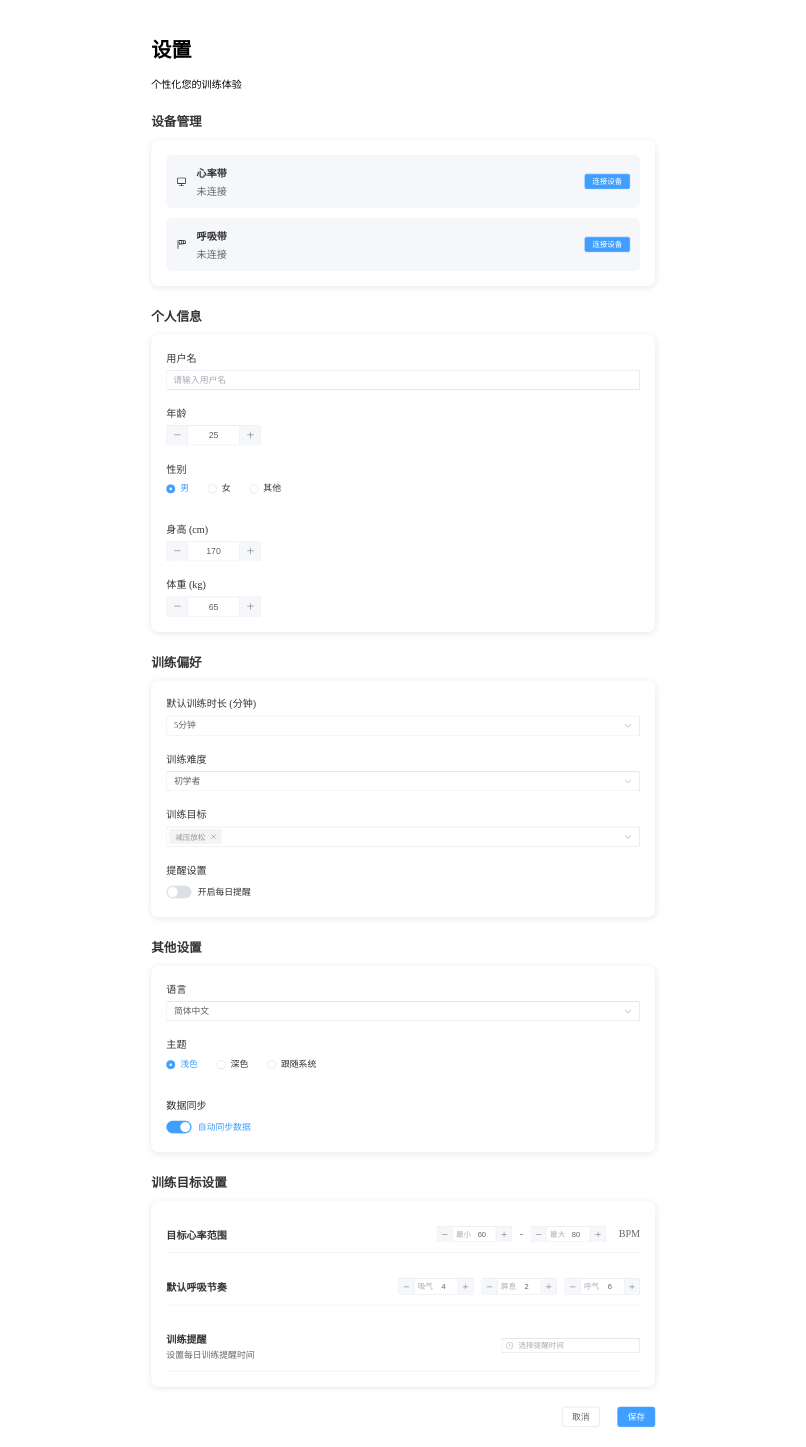
Repository: b55585wy/sync-reactive
Page: /settings
An editor plug-in stored every save of this project. The page is shown before and after the next save, followed by the edit.
The browser window is 1280 px wide. The pictures show the whole page, at 63% of full size.
The project was rebuilt for these pictures with package versions that can differ from the ones it lists, and the page was loaded fresh each time. Also part of the build but not shown: vite.config.js.

Above is the page before, as saved 2024-11-23 14:30:58.
Console error: TypeError: settingsStore.getSettings is not a function

### index.html
<!DOCTYPE html>
<html lang="en">
  <head>
    <meta charset="UTF-8">
    <link rel="icon" href="/favicon.ico">
    <meta name="viewport" content="width=device-width, initial-scale=1.0">
    <title>呼吸训练</title>
    <!-- 添加 Font Awesome 图标 -->
    <link rel="stylesheet" href="https://cdnjs.cloudflare.com/ajax/libs/font-awesome/5.15.4/css/all.min.css">
  </head>
  <body>
    <div id="app"></div>
    <script type="module" src="/src/main.js"></script>
  </body>
</html>

### src/App.vue
<template>
  <div id="app">
    <router-view></router-view>
  </div>
</template>

<script setup lang="ts">
import { onMounted } from 'vue'
import { useSettingsStore } from '@/stores/settings'

// 将 store 初始化移到 onMounted 中
onMounted(async () => {
  const settingsStore = useSettingsStore()
  await settingsStore.initializeSettings()
})
</script>

<style>
#app {
  width: 100%;
  min-height: 100vh;
}
</style>

### src/stores/device.ts
import { defineStore } from 'pinia';
import BluetoothService from '@/services/BluetoothService'

export const useDeviceStore = defineStore('device', {
  state: () => ({
    currentHeartRate: 0,
    isHeartRateBandConnected: false,
    heartRateHistory: [] as number[]
  }),

  actions: {
    setCurrentHeartRate(rate: number) {
      console.log('Store更新心率:', rate);
      this.currentHeartRate = rate;
      this.heartRateHistory.push(rate);

      // 触发事件通知
      window.dispatchEvent(new CustomEvent('heartRateUpdate', {
        detail: { rate }
      }));
    },

    setHeartRateBandConnected(connected: boolean) {
      console.log('Store更新连接状态:', connected);
      this.isHeartRateBandConnected = connected;
    }
  }
});

### src/stores/training.ts
import { defineStore } from 'pinia'

export const useTrainingStore = defineStore('training', {
  state: () => ({
    startTime: '',
    heartRateHistory: [] as { timestamp: number; value: number }[],
    isTraining: false,
    trainingHistory: [] as any[]
  }),

  actions: {
    startTraining() {
      this.isTraining = true;
      this.startTime = new Date().toISOString();
      this.heartRateHistory = [];
    },

    endTraining() {
      this.isTraining = false;
      // 保存训练记录
      this.trainingHistory.push({
        startTime: this.startTime,
        endTime: new Date().toISOString(),
        heartRateHistory: [...this.heartRateHistory]
      });
    },

    addHeartRateRecord(heartRate: number) {
      this.heartRateHistory.push({
        timestamp: Date.now(),
        value: heartRate
      });
    }
  }
})

### src/views/SettingsView.vue
<template>
  <div class="settings-container">
    <header class="settings-header">
      <h1>设置</h1>
      <p class="subtitle">个性化您的训练体验</p>
    </header>

    <main class="settings-content">
      <!-- 设备状态部分 -->
      <section class="settings-section">
        <h2>设备管理</h2>
        <div class="settings-card">
          <div class="device-list">
            <!-- 心率带状态 -->
            <div class="device-item">
              <div class="device-info">
                <el-icon><Monitor /></el-icon>
                <div class="device-details">
                  <h4>心率带</h4>
                  <p :class="{ 'connected': deviceStore.isHeartRateBandConnected }">
                    {{ deviceStore.isHeartRateBandConnected ? '已连接' : '未连接' }}
                  </p>
                </div>
              </div>
              <el-button
                @click="handleDeviceClick('heartRate')"
                :type="deviceStore.isHeartRateBandConnected ? 'danger' : 'primary'"
                size="small">
                {{ deviceStore.isHeartRateBandConnected ? '断开连接' : '连接设备' }}
              </el-button>
            </div>

            <!-- 呼吸带状态 -->
            <div class="device-item">
              <div class="device-info">
                <el-icon><WindPower /></el-icon>
                <div class="device-details">
                  <h4>呼吸带</h4>
                  <p :class="{ 'connected': deviceStore.isBreathingBandConnected }">
                    {{ deviceStore.isBreathingBandConnected ? '已连接' : '未连接' }}
                  </p>
                </div>
              </div>
              <el-button
                @click="handleDeviceClick('breathing')"
                :type="deviceStore.isBreathingBandConnected ? 'danger' : 'primary'"
                size="small">
                {{ deviceStore.isBreathingBandConnected ? '断开连接' : '连接设备' }}
              </el-button>
            </div>
          </div>
        </div>
      </section>

      <!-- 个人信息设置 -->
      <section class="settings-section">
        <h2>个人信息</h2>
        <div class="settings-card">
          <div class="form-group">
            <label>用户名</label>
            <el-input v-model="tempSettings.username" placeholder="请输入用户名" />
          </div>

          <div class="form-group">
            <label>年龄</label>
            <el-input-number
              v-model="tempSettings.age"
              :min="12"
              :max="100"
              placeholder="请输入年龄"
            />
          </div>

          <div class="form-group">
            <label>性别</label>
            <el-radio-group v-model="tempSettings.gender">
              <el-radio label="male">男</el-radio>
              <el-radio label="female">女</el-radio>
              <el-radio label="other">其他</el-radio>
            </el-radio-group>
          </div>

          <div class="form-group">
            <label>身高 (cm)</label>
            <el-input-number
              v-model="tempSettings.height"
              :min="100"
              :max="250"
              placeholder="请输入身高"
            />
          </div>

          <div class="form-group">
            <label>体重 (kg)</label>
            <el-input-number
              v-model="tempSettings.weight"
              :min="30"
              :max="200"
              placeholder="请输入体重"
            />
          </div>
        </div>
      </section>

      <!-- 训练偏好设置 -->
      <section class="settings-section">
        <h2>训练偏好</h2>
        <div class="settings-card">
          <div class="form-group">
            <label>默认训练时长 (分钟)</label>
            <el-select v-model="tempSettings.defaultDuration">
              <el-option v-for="duration in [3, 5, 10, 15, 20]"
                        :key="duration"
                        :label="`${duration}分钟`"
                        :value="duration" />
            </el-select>
          </div>

          <div class="form-group">
            <label>训练难度</label>
            <el-select v-model="tempSettings.difficulty">
              <el-option label="初学者" value="beginner" />
              <el-option label="中级" value="intermediate" />
              <el-option label="高级" value="advanced" />
            </el-select>
          </div>

          <div class="form-group">
            <label>训练目标</label>
            <el-select v-model="tempSettings.goal" multiple>
              <el-option label="减压放松" value="relaxation" />
              <el-option label="提高专注力" value="focus" />
              <el-option label="改善睡眠" value="sleep" />
              <el-option label="增强体能" value="fitness" />
            </el-select>
          </div>

          <div class="form-group">
            <label>提醒设置</label>
            <div class="reminder-settings">
              <el-switch
                v-model="tempSettings.enableReminders"
                active-text="开启每日提醒"
              />
              <el-time-picker
                v-if="tempSettings.enableReminders"
                v-model="tempSettings.reminderTime"
                format="HH:mm"
                placeholder="选择提醒时间"
              />
            </div>
          </div>
        </div>
      </section>

      <!-- 其他设置 -->
      <section class="settings-section">
        <h2>其他设置</h2>
        <div class="settings-card">
          <div class="form-group">
            <label>语言</label>
            <el-select v-model="tempSettings.language">
              <el-option label="简体中文" value="zh-CN" />
              <el-option label="English" value="en-US" />
            </el-select>
          </div>

          <div class="form-group">
            <label>主题</label>
            <el-radio-group v-model="tempSettings.theme">
              <el-radio label="light">浅色</el-radio>
              <el-radio label="dark">深色</el-radio>
              <el-radio label="auto">跟随系统</el-radio>
            </el-radio-group>
          </div>

          <div class="form-group">
            <label>数据同步</label>
            <div class="sync-settings">
              <el-switch
                v-model="tempSettings.autoSync"
                active-text="自动同步数据"
              />
              <el-button
                v-if="!tempSettings.autoSync"
                @click="syncData"
                :loading="isSyncing"
              >
                立即同步
              </el-button>
            </div>
          </div>
        </div>
      </section>

      <!-- 训练目标设置 -->
      <section class="settings-section">
        <h2>训练目标设置</h2>
        <div class="settings-card">
          <div class="target-settings">
            <!-- 目标心率设置 -->
            <div class="setting-item">
              <div class="setting-label">
                <h4>目标心率范围</h4>
                <!-- <p class="setting-desc">设置您希望通过呼吸训练达到的心率范围</p> -->
              </div>
              <div class="heart-rate-range">
                <el-input-number
                  v-model="targetHeartRateMin"
                  :min="40"
                  :max="targetHeartRateMax"
                  size="small"
                  @change="updateHeartRateSettings">
                  <template #prefix>最小</template>
                </el-input-number>
                <span class="separator">-</span>
                <el-input-number
                  v-model="targetHeartRateMax"
                  :min="targetHeartRateMin"
                  :max="220-settingsStore.age"
                  size="small"
                  @change="updateHeartRateSettings">
                  <template #prefix>最大</template>
                </el-input-number>
                <span class="unit">BPM</span>
              </div>
            </div>

            <!-- 呼吸节奏设置 -->
            <div class="setting-item">
              <div class="setting-label">
                <h4>默认呼吸节奏</h4>
                <!-- <p class="setting-desc">设置默认的呼吸训练节奏（秒）</p> -->
              </div>
              <div class="breathing-rhythm">
                <el-input-number
                  v-model="inhaleTime"
                  :min="2"
                  :max="6"
                  size="small">
                  <template #prefix>吸气</template>
                </el-input-number>
                <el-input-number
                  v-model="holdTime"
                  :min="0"
                  :max="4"
                  size="small">
                  <template #prefix>屏息</template>
                </el-input-number>
                <el-input-number
                  v-model="exhaleTime"
                  :min="2"
                  :max="8"
                  size="small">
                  <template #prefix>呼气</template>
                </el-input-number>
              </div>
            </div>

            <!-- 训练提醒设置 -->
            <div class="setting-item">
              <div class="setting-label">
                <h4>训练提醒</h4>
                <p class="setting-desc">设置每日训练提醒时间</p>
              </div>
              <el-time-picker
                v-model="reminderTime"
                format="HH:mm"
                placeholder="选择提醒时间"
                size="small"
              />
            </div>
          </div>
        </div>
      </section>

      <!-- 底部操作按钮 -->
      <div class="settings-actions">
        <el-button @click="cancelChanges">取消</el-button>
        <el-button type="primary" @click="saveChanges">保存</el-button>
      </div>
    </main>
  </div>
</template>

<script setup lang="ts">
import { ref, onMounted } from 'vue'
import { useRouter } from 'vue-router'
import { useSettingsStore } from '@/stores/settings'
import { useDeviceStore } from '@/stores/deviceStore'
import BluetoothService from '@/services/BluetoothService'
import { ElMessage, ElMessageBox } from 'element-plus'
import { Monitor, WindPower } from '@element-plus/icons-vue'

const router = useRouter()
const settingsStore = useSettingsStore()
const deviceStore = useDeviceStore()
const bluetoothService = new BluetoothService()
const isSaving = ref(false)
const isSyncing = ref(false)

// 创建临时设置对象
const tempSettings = ref({
  username: '',
  age: 25,
  gender: 'male',
  height: 170,
  weight: 65,
  // 训练偏好
  defaultDuration: 5,
  difficulty: 'beginner',
  goal: ['relaxation'],
  enableReminders: false,
  reminderTime: null,

  // 其他设置
  language: 'zh-CN',
  theme: 'light',
  autoSync: true
})

// 心率目标设置
const targetHeartRateMin = ref(60);
const targetHeartRateMax = ref(80);
const inhaleTime = ref(4);
const holdTime = ref(2);
const exhaleTime = ref(6);
const reminderTime = ref(null);

// 更新心率设置
const updateHeartRateSettings = () => {
  settingsStore.saveSettings({
    targetHeartRateMin: targetHeartRateMin.value,
    targetHeartRateMax: targetHeartRateMax.value,
    inhaleTime: inhaleTime.value,
    holdTime: holdTime.value,
    exhaleTime: exhaleTime.value,
    reminderTime: reminderTime.value
  });
};

// 初始化临时设置
onMounted(async () => {
  const currentSettings = await settingsStore.getSettings()
  tempSettings.value = { ...currentSettings }
  // 加载已保存的设置
  const settings = settingsStore.getSettings();
  targetHeartRateMin.value = settings.targetHeartRateMin || 60;
  targetHeartRateMax.value = settings.targetHeartRateMax || 80;
  inhaleTime.value = settings.inhaleTime || 4;
  holdTime.value = settings.holdTime || 2;
  exhaleTime.value = settings.exhaleTime || 6;
  reminderTime.value = settings.reminderTime || null;
})

// 取消修改
const cancelChanges = () => {
  ElMessageBox.confirm('确定要放弃修改吗？', '提示', {
    confirmButtonText: '确定',
    cancelButtonText: '取消',
    type: 'warning'
  }).then(() => {
    router.back() // 或者重置为原始值
  }).catch(() => {
    // 用户取消操作
  })
}

// 保存修改
const saveChanges = async () => {
  try {
    isSaving.value = true
    await settingsStore.saveSettings(tempSettings.value)
    ElMessage.success('设置保存成功')
    router.back() // 返回上一页
  } catch (error) {
    ElMessage.error('保存失败：' + error.message)
  } finally {
    isSaving.value = false
  }
}

// 同步数据
const syncData = async () => {
  try {
    isSyncing.value = true
    await settingsStore.syncData()
    ElMessage.success('数据同步成功')
  } catch (error) {
    ElMessage.error('数据同步失败')
  } finally {
    isSyncing.value = false
  }
}

// 处理设备连接/断开
const handleDeviceClick = async (deviceType: 'heartRate' | 'breathing') => {
  try {
    if (deviceType === 'heartRate') {
      if (!deviceStore.isHeartRateBandConnected) {
        // 连接心率带
        await bluetoothService.connectHeartRateBand();
        deviceStore.setHeartRateBandConnected(true);
        ElMessage.success('心率带连接成功');
      } else {
        // 断开心率带
        await ElMessageBox.confirm(
          '确定要断开心率带连接吗？',
          '提示',
          {
            confirmButtonText: '确定',
            cancelButtonText: '取消',
            type: 'warning'
          }
        );
        await bluetoothService.disconnectHeartRateBand();
        deviceStore.setHeartRateBandConnected(false);
        ElMessage.success('心率带已断开连接');
      }
    } else if (deviceType === 'breathing') {
      if (!deviceStore.isBreathingBandConnected) {
        // 连接呼吸带
        // await bluetoothService.connectBreathingBand();
        // deviceStore.setBreathingBandConnected(true);
        ElMessage.success('呼吸带连接成功');
      } else {
        await ElMessageBox.confirm(
          '确定要断开呼吸带连接吗？',
          '提示',
          {
            confirmButtonText: '确定',
            cancelButtonText: '取消',
            type: 'warning'
          }
        );
        // await bluetoothService.disconnectBreathingBand();
        deviceStore.setBreathingBandConnected(false);
        ElMessage.success('呼吸带已断开连接');
      }
    }
  } catch (error) {
    if (error !== 'cancel') {
      console.error('设备操作失败:', error);
      ElMessage.error('设备操作失败: ' + (error.message || '未知错误'));
    }
  }
};

// 获取设备图标
const getDeviceIcon = (type) => {
  if (type === 'breathing') {
    return 'icon-breathing'
  } else if (type === 'heartRate') {
    return 'icon-heart-rate'
  } else {
    return ''
  }
}

// 格式化时间
const formatTime = (time) => {
  const date = new Date(time)
  return `${date.getFullYear()}-${date.getMonth() + 1}-${date.getDate()} ${date.getHours()}:${date.getMinutes()}`
}
</script>

<style scoped>
.settings-container {
  padding: 24px;
  max-width: 800px;
  margin: 0 auto;
}

.settings-header {
  margin-bottom: 32px;
}

.settings-actions {
  margin-top: 32px;
  display: flex;
  justify-content: flex-end;
  gap: 16px;
}

.settings-section {
  margin-bottom: 32px;
}

.settings-section h2 {
  font-size: 20px;
  color: #333;
  margin-bottom: 16px;
}

.settings-card {
  background: white;
  border-radius: 12px;
  padding: 24px;
  box-shadow: 0 2px 12px rgba(0, 0, 0, 0.1);
}

.form-group {
  margin-bottom: 24px;
}

.form-group:last-child {
  margin-bottom: 0;
}

.form-group label {
  display: block;
  margin-bottom: 8px;
  color: #333;
  font-weight: 500;
}

.reminder-settings,
.sync-settings {
  display: flex;
  gap: 16px;
  align-items: center;
}

.device-list {
  display: flex;
  flex-direction: column;
  gap: 16px;
}

.device-item {
  display: flex;
  justify-content: space-between;
  align-items: center;
  padding: 16px;
  background: #f5f7fa;
  border-radius: 8px;
}

.device-info {
  display: flex;
  align-items: center;
  gap: 16px;
}

.device-details h4 {
  margin: 0;
  font-size: 16px;
  color: #333;
}

.device-details p {
  margin: 4px 0 0;
  color: #666;
}

.device-details p.connected {
  color: #67C23A;
}

.icon-heart,
.icon-breathing {
  font-size: 24px;
  color: #409EFF;
}

.target-settings {
  display: flex;
  flex-direction: column;
  gap: 24px;
}

.setting-item {
  display: flex;
  justify-content: space-between;
  align-items: center;
  padding: 16px 0;
  border-bottom: 1px solid #eee;
}

.setting-label {
  flex: 1;
}

.setting-label h4 {
  margin: 0;
  font-size: 16px;
  color: #333;
}

.setting-desc {
  margin: 4px 0 0;
  font-size: 14px;
  color: #666;
}

.heart-rate-range,
.breathing-rhythm {
  display: flex;
  align-items: center;
  gap: 12px;
}

.separator {
  color: #666;
}

.unit {
  color: #666;
  margin-left: 8px;
}

/* 响应式调整 */
@media (max-width: 768px) {
  .settings-container {
    padding: 16px;
  }

  .settings-card {
    padding: 16px;
  }

  .reminder-settings,
  .sync-settings {
    flex-direction: column;
    align-items: flex-start;
    gap: 12px;
  }
}
</style>

Loaded but not shown: src/services/BluetoothService.js (201 lines, source omitted); src/main.js (41 lines, source omitted); src/stores/deviceStore.ts (88 lines, source omitted); src/stores/settings.ts (111 lines, source omitted); src/router/index.ts (90 lines, source omitted)

After the next save:
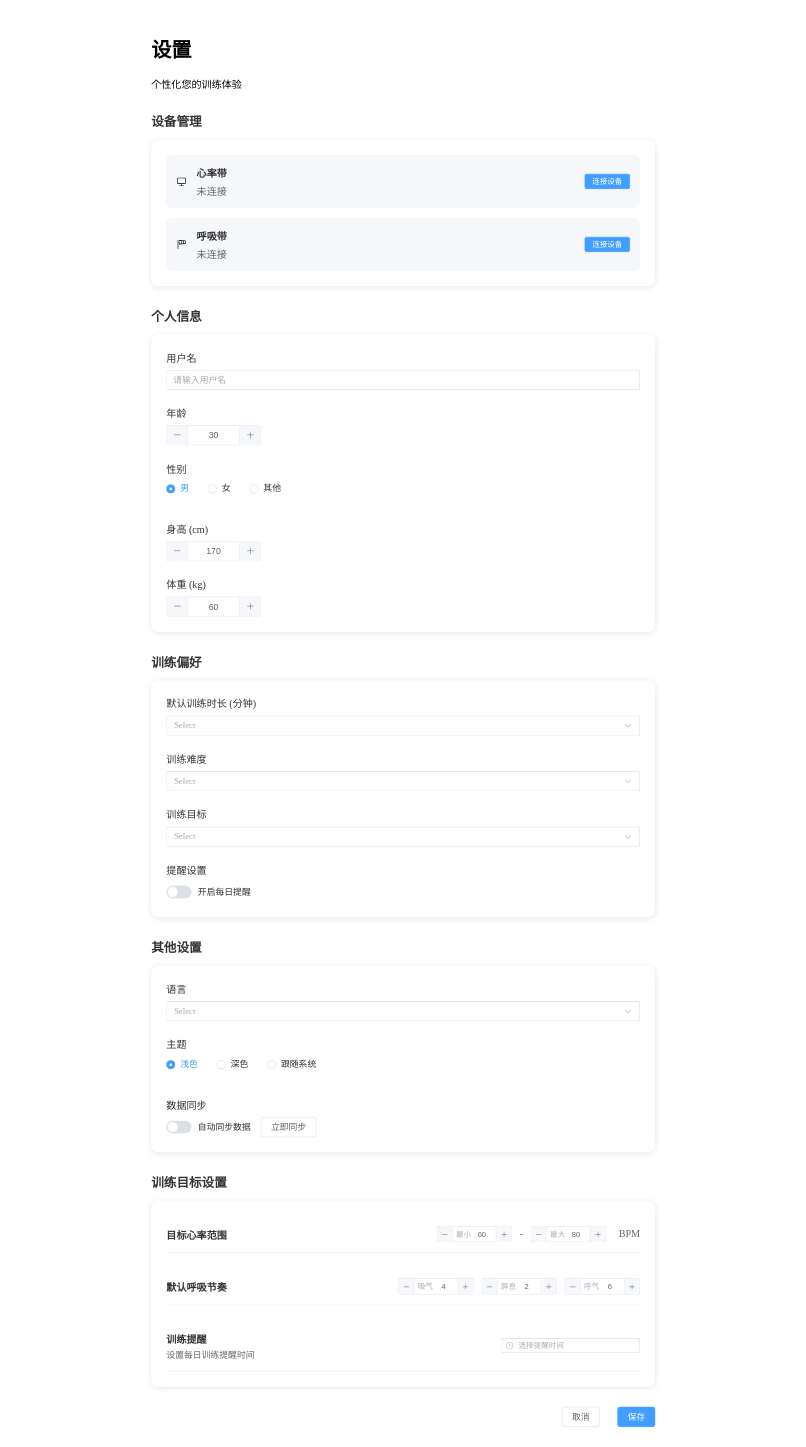
Console error: TypeError: Cannot read properties of undefined (reading 'hour')
Saved 6 min 52 s later.
--- a/src/views/SettingsView.vue
+++ b/src/views/SettingsView.vue
@@ -329,29 +329,37 @@ const reminderTime = ref(null);
 
 // 更新心率设置
 const updateHeartRateSettings = () => {
-  settingsStore.saveSettings({
+  tempSettings.value = {
+    ...tempSettings.value,
     targetHeartRateMin: targetHeartRateMin.value,
-    targetHeartRateMax: targetHeartRateMax.value,
-    inhaleTime: inhaleTime.value,
-    holdTime: holdTime.value,
-    exhaleTime: exhaleTime.value,
-    reminderTime: reminderTime.value
-  });
+    targetHeartRateMax: targetHeartRateMax.value
+  };
 };
 
 // 初始化临时设置
 onMounted(async () => {
-  const currentSettings = await settingsStore.getSettings()
-  tempSettings.value = { ...currentSettings }
-  // 加载已保存的设置
-  const settings = settingsStore.getSettings();
-  targetHeartRateMin.value = settings.targetHeartRateMin || 60;
-  targetHeartRateMax.value = settings.targetHeartRateMax || 80;
-  inhaleTime.value = settings.inhaleTime || 4;
-  holdTime.value = settings.holdTime || 2;
-  exhaleTime.value = settings.exhaleTime || 6;
-  reminderTime.value = settings.reminderTime || null;
-})
+  try {
+    // 初始化设置
+    await settingsStore.initializeSettings();
+
+    // 使用 getAllSettings getter 获取所有设置
+    const currentSettings = settingsStore.getAllSettings;
+
+    // 更新临时设置
+    tempSettings.value = { ...currentSettings };
+
+    // 更新目标心率等设置
+    targetHeartRateMin.value = currentSettings.targetHeartRateMin;
+    targetHeartRateMax.value = currentSettings.targetHeartRateMax;
+    inhaleTime.value = currentSettings.inhaleTime;
+    holdTime.value = currentSettings.holdTime;
+    exhaleTime.value = currentSettings.exhaleTime;
+    reminderTime.value = currentSettings.reminderTime;
+  } catch (error) {
+    console.error('加载设置失败:', error);
+    ElMessage.error('加载设置失败');
+  }
+});
 
 // 取消修改
 const cancelChanges = () => {
@@ -360,25 +368,50 @@ const cancelChanges = () => {
     cancelButtonText: '取消',
     type: 'warning'
   }).then(() => {
-    router.back() // 或者重置为原始值
+    // 重置为原始值
+    const originalSettings = settingsStore.getAllSettings;
+    tempSettings.value = { ...originalSettings };
+    targetHeartRateMin.value = originalSettings.targetHeartRateMin;
+    targetHeartRateMax.value = originalSettings.targetHeartRateMax;
+    inhaleTime.value = originalSettings.inhaleTime;
+    holdTime.value = originalSettings.holdTime;
+    exhaleTime.value = originalSettings.exhaleTime;
+    reminderTime.value = originalSettings.reminderTime;
+
+    router.back();
   }).catch(() => {
     // 用户取消操作
-  })
-}
+  });
+};
 
 // 保存修改
 const saveChanges = async () => {
   try {
-    isSaving.value = true
-    await settingsStore.saveSettings(tempSettings.value)
-    ElMessage.success('设置保存成功')
-    router.back() // 返回上一页
+    isSaving.value = true;
+
+    // 合并所有设置
+    const newSettings = {
+      ...tempSettings.value,
+      targetHeartRateMin: targetHeartRateMin.value,
+      targetHeartRateMax: targetHeartRateMax.value,
+      inhaleTime: inhaleTime.value,
+      holdTime: holdTime.value,
+      exhaleTime: exhaleTime.value,
+      reminderTime: reminderTime.value
+    };
+
+    // 保存设置
+    await settingsStore.saveSettings(newSettings);
+
+    ElMessage.success('设置保存成功');
+    router.back();
   } catch (error) {
-    ElMessage.error('保存失败：' + error.message)
+    console.error('保存设置失败:', error);
+    ElMessage.error('保存失败：' + (error.message || '未知错误'));
   } finally {
-    isSaving.value = false
-  }
-}
+    isSaving.value = false;
+  }
+};
 
 // 同步数据
 const syncData = async () => {
